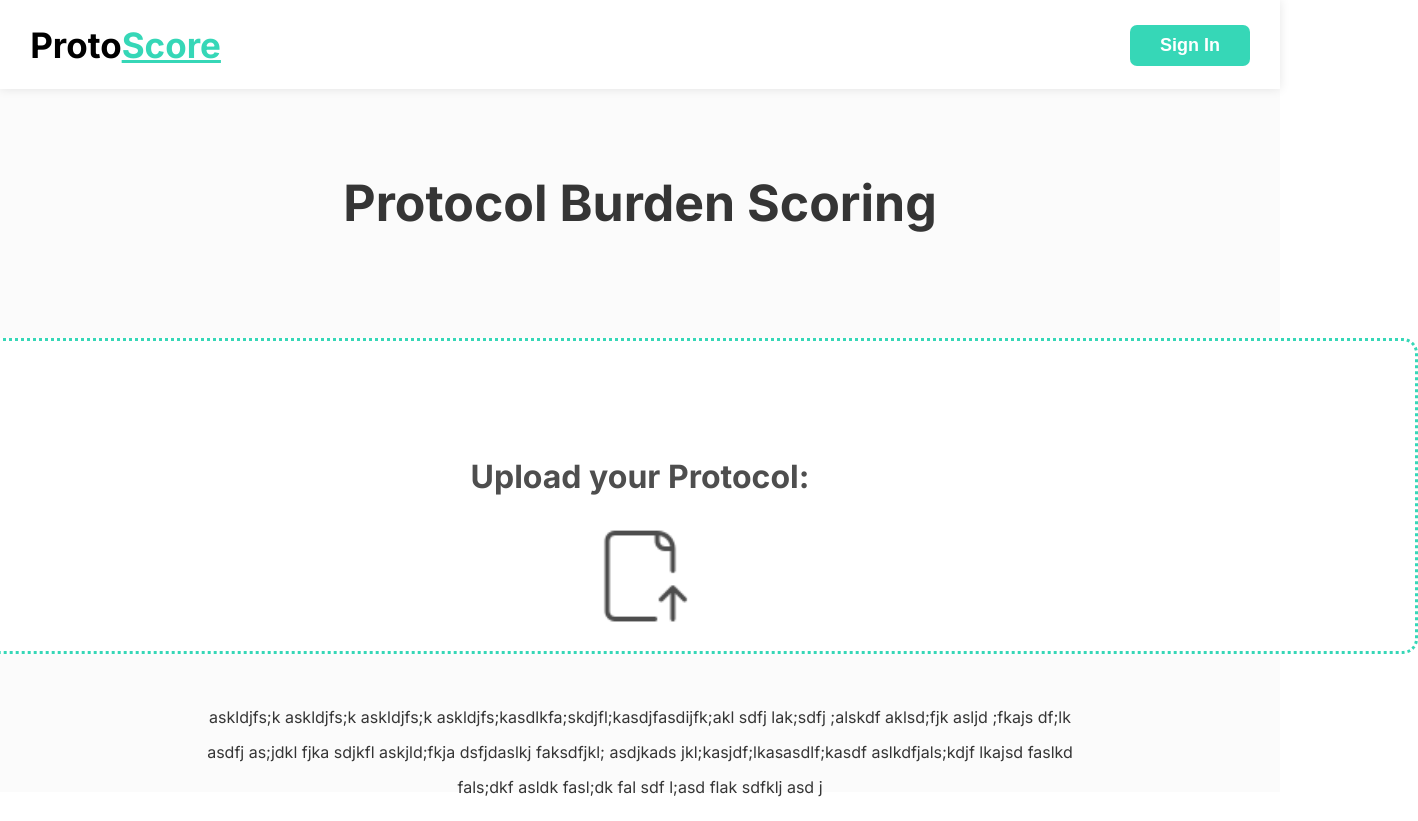
Repository: evanc108/Regeneron2024
Page: / (app in regeneron/)
The author's editor kept a copy of each file at every save. The page is drawn from the files as they stood at one save, then again after the next save.
The browser window is 1280 px wide. The page is 1418 px wide, so the pictures cover 1418 px, including what lies to the right of the window. The pictures show the whole page.
The project was rebuilt for these pictures with package versions that can differ from the ones it lists, and the page was loaded fresh each time.

Above is the page before, as saved 2024-05-14 03:20:02.

### regeneron/src/App.js
import './App.css';
import React, { useState } from 'react';
import Feedback from './pages/Feedback';


function App() {
  return (
    <div className="App">
      <div style={{backgroundColor: "white", width: "100%", padding: "0.2px", boxShadow: "0px 0px 10px rgba(0, 0, 0, 0.1)"}}>
        <h1 style={{ marginLeft: "30px", fontSize: "35px", textAlign: "left"}}>
          <span style={{color: "black"}}>Proto</span>
          <span style={{color: "#36d7b7", textDecoration: "underline"}}>Score</span>
        </h1>
        <button style={{ backgroundColor:"#36d7b7", border:"none", color:"white", padding:"10px 30px 10px 30px", borderRadius:"7px", fontSize:"18px", fontWeight:"bold", position: "absolute", top: "25px", right: "30px" }}>Sign In</button>
      </div>


      {/* <input value={inputValue} onChange={handleChange}></input>
      <button onClick={sendRequest}>Click me</button>
      <div>
        <p>Physical Burden: {burden.physical}</p>
        <p>Logistical Burden: {burden.logistical}</p>
        <p>Financial: {burden.financial}</p>
        <p>Psychological Burden: {burden.psychological}</p>
      </div> */}
      <Feedback></Feedback>
    </div>
  );
}

export default App;

### regeneron/src/App.css
.App {
  text-align: center;
  background-color: #fbfbfb;
  margin: 0;
  height: 110vh;
}

body {
  font-family: 'Inter', sans-serif;
  margin: 0;
  padding: 0;
  height: 110vh;
}

.App-logo {
  height: 40vmin;
  pointer-events: none;
}

@media (prefers-reduced-motion: no-preference) {
  .App-logo {
    animation: App-logo-spin infinite 20s linear;
  }
}

.App-header {
  background-color: #282c34;
  min-height: 100vh;
  display: flex;
  flex-direction: column;
  align-items: center;
  justify-content: center;
  font-size: calc(10px + 2vmin);
  color: white;
}

.App-link {
  color: #61dafb;
}

@keyframes App-logo-spin {
  from {
    transform: rotate(0deg);
  }
  to {
    transform: rotate(360deg);
  }
}

### regeneron/src/pages/Feedback.js
import React, { useState } from 'react';
import '../styles/feedback.css';
import { handleExtraction } from '../openAIServices';
import { PropagateLoader } from 'react-spinners';
import Upload from "../img/upload.png";

function Feedback() {
    const [fileUploaded, setFileUploaded] = useState(false);
    const [loading, setLoading] = useState(false);
    const [burden, setBurden] = useState({});
    const [pdfUrl, setPdfUrl] = useState("");

    const handleFileUpload = async (text) => {
        setLoading(true);
        // Uncomment and use when API is connected
        // const response = await handleExtraction(text);
        // setBurden(response);
        setFileUploaded(true);
        setLoading(false);
    };

    function extractText(event) {
        const file = event.target.files[0];
        if (file) {
            const url = URL.createObjectURL(file);
            setPdfUrl(url);
            setFileUploaded(true);

            const reader = new FileReader();
            reader.onload = async (e) => {
                const text = await reader.result;
                console.log(text);
                handleFileUpload(text);
            };
            reader.readAsText(file);
        }
    }

    return (
        <div className="feedback-container">
            {!fileUploaded && (
                <div style={{display:"flex", flexDirection:"column", justifyContent:"center", alignItems:"center", marginTop:"5%"}}>
                    <div className="onboarding">
                        <h1 style={{fontSize:"50px", marginBottom:"60px", color:"rgb(53, 53, 53)"}}>Protocol Burden Scoring</h1>
                    </div>
                    <div className='upload-file' onClick={() => document.getElementById('file-input').click()}>
                        {!fileUploaded && !loading && (
                            <div>
                                <h1 style={{color:"rgb(78, 78, 78)", marginBottom:"30px"}}>Upload your Protocol:</h1>
                                <input
                                    id="file-input"
                                    type="file"
                                    accept=".pdf"
                                    onChange={extractText}
                                    style={{ display: 'none' }}
                                />
                                <img src={Upload} alt="upload" width={"100px"} />
                            </div>
                        )}
                        {loading && (
                            <div style={{ marginTop: "30px" }}>
                                <h2>Calculating Burden...</h2>
                                <PropagateLoader color="#36d7b7" />
                            </div>
                        )}

                    </div>
                    <p style={{textOverflow: "ellipsis", whiteSpace: "normal", width: "900px", lineHeight:"35px", color:"rgb(53, 53, 53)"}}>
                            askldjfs;k askldjfs;k askldjfs;k askldjfs;kasdlkfa;skdjfl;kasdjfasdijfk;akl sdfj lak;sdfj ;alskdf aklsd;fjk asljd ;fkajs df;lk asdfj as;jdkl fjka sdjkfl askjld;fkja dsfjdaslkj faksdfjkl; asdjkads jkl;kasjdf;lkasasdlf;kasdf aslkdfjals;kdjf lkajsd faslkd fals;dkf asldk fasl;dk fal sdf l;asd flak sdfklj asd j</p>
                </div>
            )}

            {fileUploaded && !loading && (
                <div className="protocol-container">
                    <div className="iframe-container">
                        <iframe src={pdfUrl} style={{ width: '100%', height: '100%' }}></iframe>
                    </div>
                </div>
            )}
            {fileUploaded && !loading && (
                <div className="score-container">
                    <div>
                        <p style={{ fontSize: '17px', fontWeight: '300', marginBottom: '-3px' }}>Burden Score</p>
                        <span style={{ fontSize: '50px', fontWeight: '600' }}>{burden.score || 'N/A'}</span>
                    </div>
                </div>
            )}
        </div>
    );
}

export default Feedback;

### regeneron/src/styles/feedback.css
.feedback-container {
    display: flex;
    flex-direction: row;
    justify-content: center;
    margin-top: -2.5%;
    align-items: center;
}

.onboarding {
    font-size: 20px;
    font-weight: 500;
    margin-top: 2%;
    display: flex;
    flex-direction: column;
    justify-content: center;
    align-items: center;
}

.upload-file {
    border-color: #36d7b7;
    border-width: 3px;
    border-style: dotted;
    padding-left: 100px;
    padding-right: 100px;
    width: 150%;
    height: 30vh;
    margin-top: 5%;
    margin-bottom: 30px;
    border-radius: 15px;
    background-color: rgb(255, 255, 255);
    overflow: hidden;
    padding-top: 10.5%;
    cursor: pointer;
    transition: transform 0.3s ease-in-out;
}

.upload-file:hover {
    transform: scale(1.01);
}

.protocol-container {
    border-color: rgb(189, 189, 189);
    border-width: 1px;
    border-style: solid;
    padding-left: 100px;
    padding-right: 100px;
    width: 40%;
    height: 68vh;
    margin-top: 5%;
    border-radius: 15px;
    background-color: white;
    overflow: hidden;
    padding-top: 10.5%;
}

.score-container {
    border-color: rgb(189, 189, 189);
    border-width: 1px;
    border-style: solid;
    padding: 100px;
    width: 10%;
    height: 65.3vh;
    margin-top: 5%;
    border-radius: 15px;
    background-color: white;
    margin-left: 30px;
}

.score {
    font-size: large;
}

.unique-score {
    font-size: 86px;
    font-weight: 500;
}


.iframe-container {
    top: -28%;
    width: 130%;
    left: -15%;
    height: 150%;  /* Adjust height as needed */
    overflow: hidden;
    position: relative;
}

Loaded but not shown: regeneron/public/index.html (common file); regeneron/src/index.js (common file); regeneron/src/openAIServices.js (no copy from this time; the picture is the same without it)

After the next save:
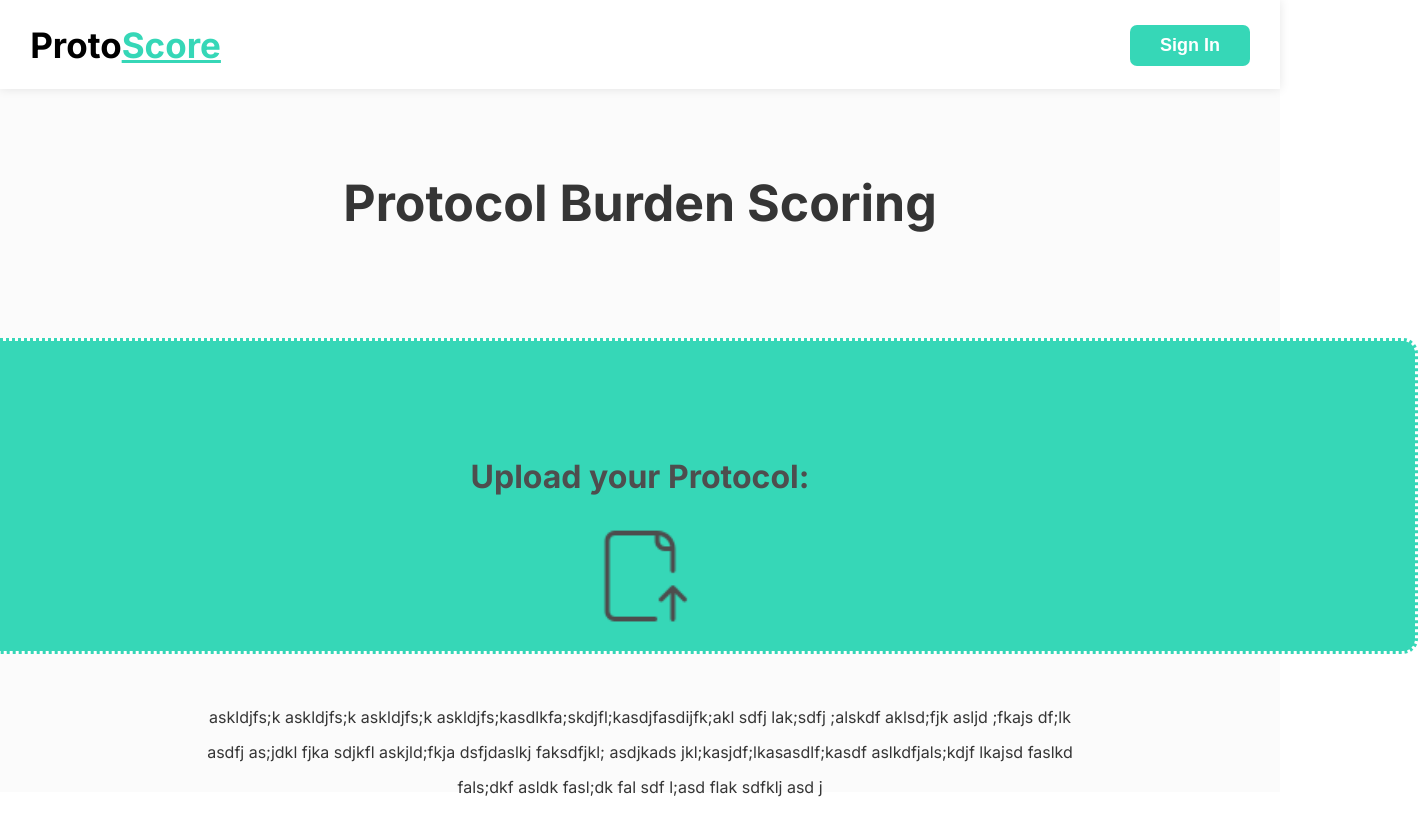
Saved 40 s later.
--- a/regeneron/src/styles/feedback.css
+++ b/regeneron/src/styles/feedback.css
@@ -17,7 +17,7 @@
 }
 
 .upload-file {
-    border-color: #36d7b7;
+    border-color: rgb(255, 255, 255);
     border-width: 3px;
     border-style: dotted;
     padding-left: 100px;
@@ -27,7 +27,8 @@
     margin-top: 5%;
     margin-bottom: 30px;
     border-radius: 15px;
-    background-color: rgb(255, 255, 255);
+    background-color:
+    #36d7b7;
     overflow: hidden;
     padding-top: 10.5%;
     cursor: pointer;
